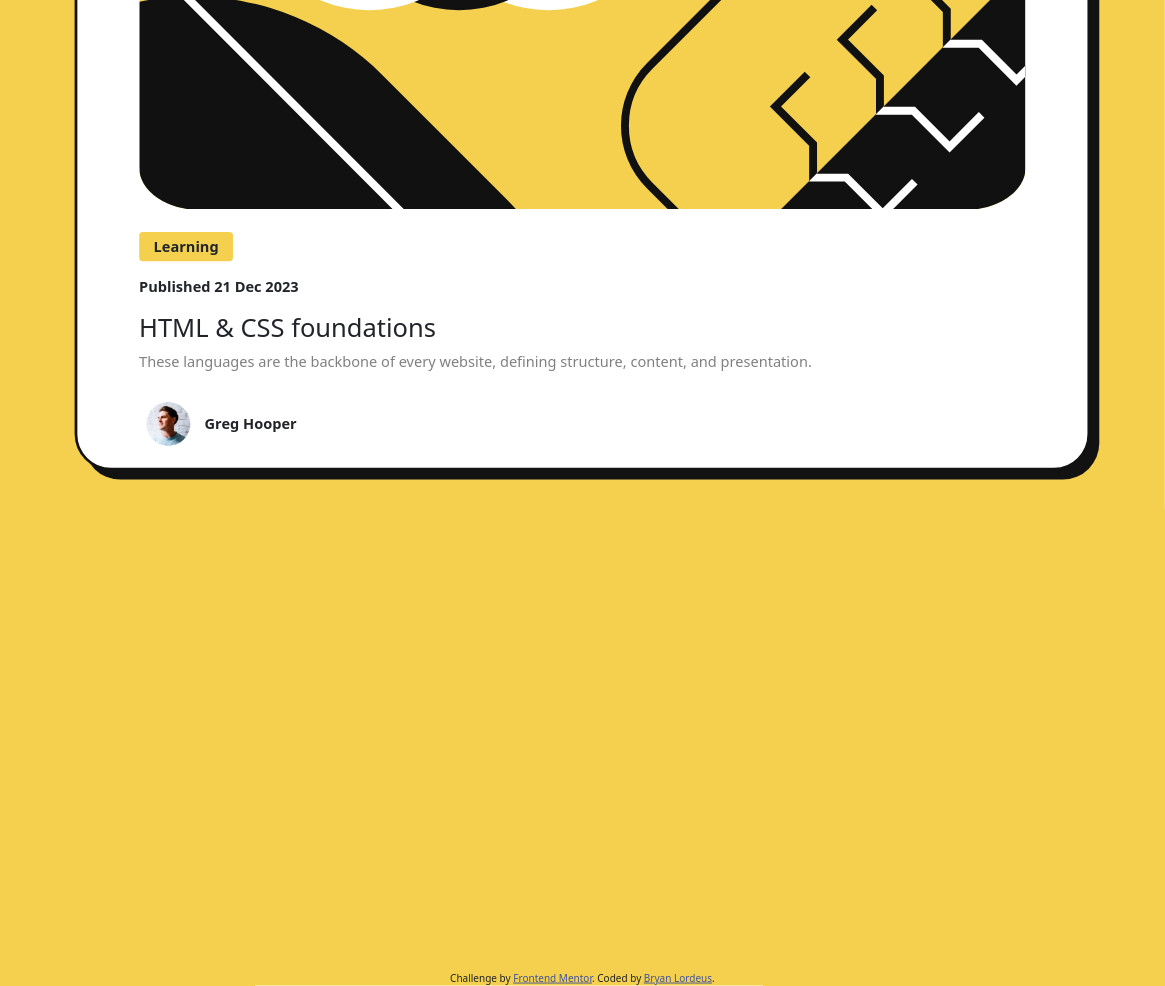
Repository: blordeus/blog-preview-card
Page: index.html
These files come from the project's save history. The page is drawn as it stood at one moment and after a run of saves; the edit follows.
The browser window is 1280 px wide. The pictures show the whole page, at 91% of full size.
The style sheet was rebuilt from its Sass, Less or Tailwind sources for each picture, by a compiler version that may differ from the author's.

Above is the page before, as saved 2024-02-10 11:59:56.

After the next 2 saves:
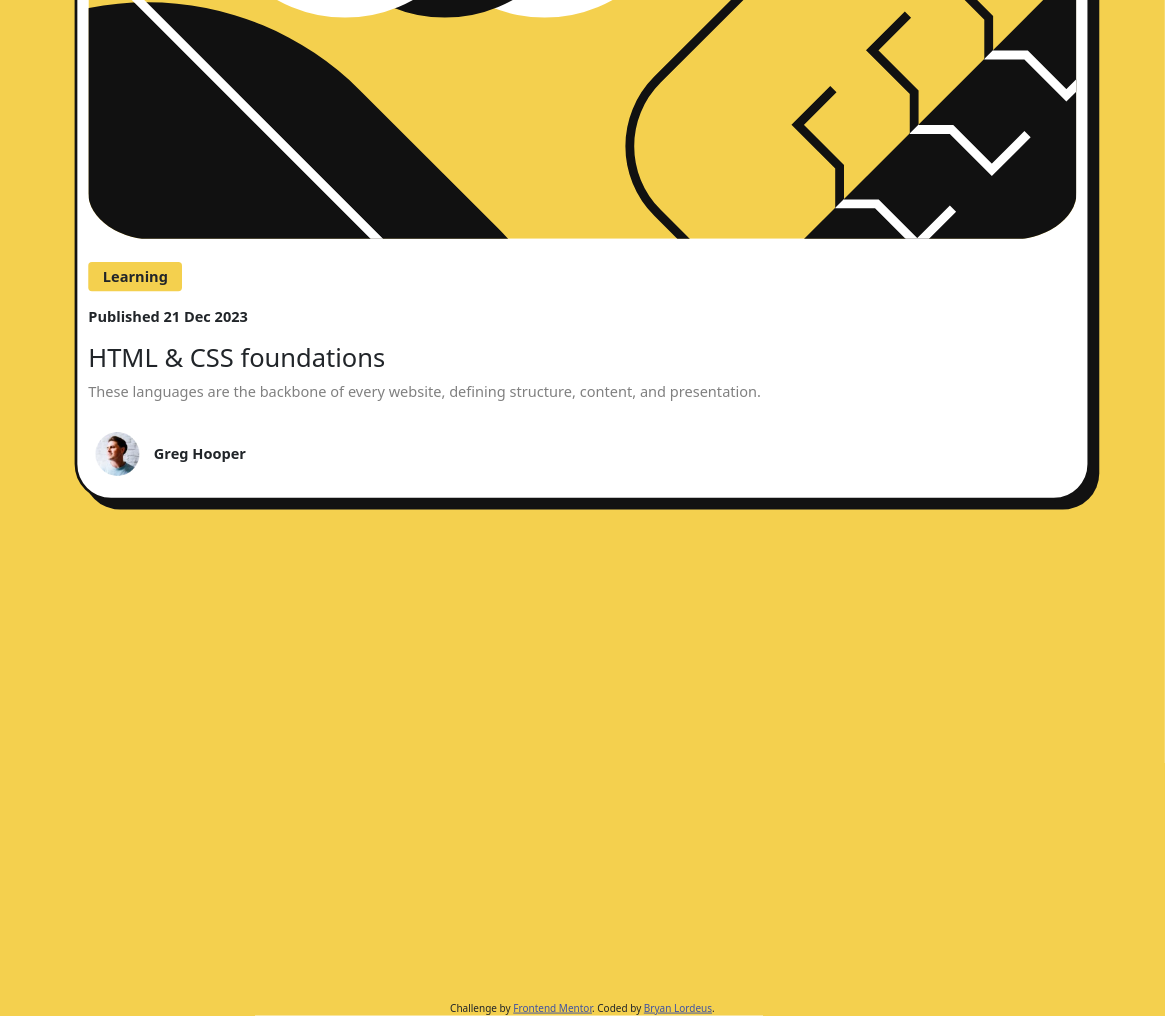
The 2 saves are shown as one change because they came seconds apart.
The last was saved 11 s later.
--- a/style.scss
+++ b/style.scss
@@ -100,9 +100,7 @@ p {
 
     main {
         border-radius: 40px;
-        //translate box to center of screen
         margin: 50%;
-        padding: 5%;
     }
 
     .rounded-edges {
